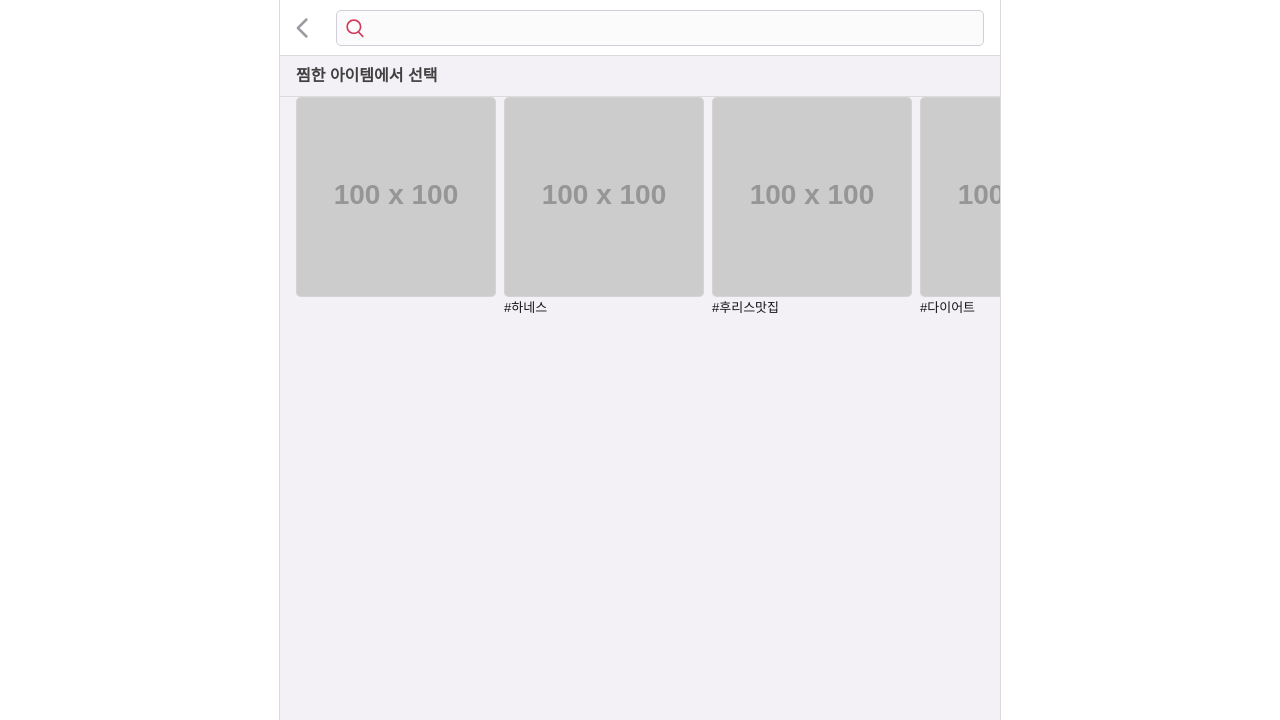
Repository: gosun1018/denguru
Page: search_review_item.html
The author's editor kept a copy of each file at every save. The page is drawn from the files as they stood at one save, then again after the next save.
The browser window is 1280 px wide. The pictures show the whole page.
Some web fonts or font styles are not loaded; a fallback is used. The style sheet was rebuilt from its Sass, Less or Tailwind sources for each picture, by a compiler version that may differ from the author's.

Above is the page before, as saved 2020-04-06 11:14:04.

### search_review_item.html
<!DOCTYPE html>
<html lang="ko">
<head>
    <meta charset="UTF-8">
    <meta name="viewport" content="width=device-width, initial-scale=1.0">
    <title>리뷰제품 선택</title>
    <link rel="stylesheet" href="https://unpkg.com/swiper/css/swiper.min.css">
    <link rel="stylesheet" href="css/main.css">
    <script src="https://unpkg.com/swiper/js/swiper.min.js"></script>
</head>
<body>
    <div class="wrap">
        <header class="header02">
            <h1 class="blind">리뷰제품 선택</h1>
            <a href="javascript:document.referrer? history.back() : location.href = 'home_review_write.html'" class="btn_goback"><img src="images/icon-goback.svg" alt="뒤로가기" class="icon"></a>
            <div class="h_search_box">
                <form action="">
                    <label for="inpSearch" class="lab_search"><img src="images/icon-search.svg" alt="검색" class="icon_search"></label>
                    <input type="search" name="inpSearch" class="inp_search" id="inpSearch">
                    <button type="button" class="btn_del btn_linkstyle blind" id="btnDel"><img src="images/icon-del.svg" alt="취소" class="icon"></button>
                </form>
            </div>
        </header>

        <div class="main">
            <div class="pd_header02"></div>
            <div class="search_review_item_container">
                <div class="title04">
                    <h2 class="tit">
                        찜한 아이템에서 선택
                    </h2>
                    <!-- <a href="home_review_item.html" class="btn btn_linkstyle">
                        <img src="images/icon-angle-right-gray.svg" alt="리뷰더보기" class="icon">
                    </a> -->
                </div>
                <div class="hash_list_container swiper-container">
                    <ul class="item_list04 swiper-wrapper">
                        <li class="item_box swiper-slide">
                            <a href="search_result.html">
                                <div class="item_thum"><img src="http://placehold.it/100x100" alt="#관절영양제" class="img"></div>
                                <!-- <div class="item_shop">리치독</div>
                                <div class="item_name">[에덴숑]Button sweat shirt (Bluegreen) : 버튼</div> -->
                            </a>
                        </li>
                        <li class="item_box swiper-slide">
                            <a href="search_result.html">
                                <div class="item_thum"><img src="http://placehold.it/100x100" alt="#하네스" class="img"></div>
                                <div class="hash">#하네스</div>
                            </a>
                        </li>
                        <li class="item_box swiper-slide">
                            <a href="search_result.html">
                                <div class="item_thum"><img src="http://placehold.it/100x100" alt="#후리스맛집" class="img"></div>
                                <div class="hash">#후리스맛집</div>
                            </a>
                        </li>
                        <li class="item_box swiper-slide">
                            <a href="search_result.html">
                                <div class="item_thum"><img src="http://placehold.it/100x100" alt="#관절영양제" class="img"></div>
                                <div class="hash">#다이어트</div>
                            </a>
                        </li>
                        <li class="item_box swiper-slide">
                            <a href="search_result.html">
                                <div class="item_thum"><img src="http://placehold.it/100x100" alt="#하네스" class="img"></div>
                                <div class="hash">#장난감</div>
                            </a>
                        </li>
                        <li class="item_box swiper-slide">
                            <a href="search_result.html">
                                <div class="item_thum"><img src="http://placehold.it/100x100" alt="#후리스맛집" class="img"></div>
                                <div class="hash">#패딩</div>
                            </a>
                        </li>
                    </ul>
                </div>
            </div>
        </div>
    </div>

    <script>

         var swiper = new Swiper('.hash_list_container', {
            slidesPerView: 'auto',
            spaceBetween: 0,
        });

    </script>
</body>
</html>

### css/scss/main.scss
@charset "utf-8";

//utils
@import "utils/variables";
@import "utils/mixins";
@import "utils/animations";

// base
@import "base/reset";
@import "base/layout";
@import "base/typography";

//modules
@import "modules/swipercustom";
@import "modules/form";
@import "modules/button";
@import "modules/popup";
@import "modules/popover";
@import "modules/toast";
@import "modules/pagination";

//component
@import "component/header";
@import "component/navigation";
@import "component/itemlist";
@import "component/reviewlist";
@import "component/taglist";
@import "component/postlist";
@import "component/postcontent";

//pages
@import "pages/mainpg";
@import "pages/search";
@import "pages/resister-pet";
@import "pages/review";
@import "pages/home-item-info";
@import "pages/gostore";
@import "pages/store";
@import "pages/password-mail-complete";
@import "pages/my-main";
@import "pages/my-notification";
@import "pages/members";
@import "pages/withdrawal";
@import "pages/order-history";
@import "pages/mycomplain";
@import "pages/category-special";
@import "pages/pick";
@import "pages/personal-info";

### css/scss/utils/_mixins.scss
@mixin clearfix {
    &:after {
        content: '';
        display: block;
        clear: both;
    }
}

@mixin position-center($position) {
    position: $position;
    top: 50%;
    left: 50%;
    transform: translate(-50%, -50%);
}

@mixin one-line-ellipsis {
    white-space: nowrap;
    text-overflow: ellipsis;
    overflow: hidden;
}

@mixin multi-line-ellipsis ($line-height, $lines) {
    overflow: hidden;
    text-overflow: ellipsis;
    display: -webkit-box;
    -webkit-line-clamp: $lines;
    -webkit-box-orient: vertical;
    word-wrap: break-word;
    line-height: $line-height;
    height: $line-height * $lines * 1em;
}

@mixin circle ($box-size) {
    width: $box-size;
    height: $box-size;
    border-radius: $box-size / 2;
}

@mixin blind {
    position: absolute;
    overflow: hidden;
    clip: rect(0 0 0 0);
    margin: -1px;
    width: 1px;
    height: 1px;
}

@mixin layout-frame {
    width: 100%;
    max-width: 720px;
    min-width: 320px;
}

@mixin thumnail {
    position: relative;
    overflow: hidden;

    .img {
        position: absolute;
        top: 0;
        left: 0;
        width: 100%;
        height: 100%;
        object-fit: cover;
    }
}

@mixin thumnail-border($radius) {
    position: relative;

    &:after {
        content: '';
        position: absolute;
        top: 0;
        left: 0;
        width: 100%;
        height: 100%;
        box-sizing: border-box;
        border: 1px solid rgba($gray-2, 0.5);
        border-radius: $radius;
    }
}

@mixin btn-color-full($color) {
    background-color: $color;
    border: 1px solid $color;
}

### css/scss/utils/_animations.scss
@keyframes width-0-to-100 {
    from {
        width: 0;
    }

    to {
        width: 100%;
    }
}

### css/scss/base/_reset.scss
/* http://meyerweb.com/eric/tools/css/reset/
   v2.0 | 20110126
   License: none (public domain)
*/

html, body, div, span, applet, object, iframe, h1, h2, h3, h4, h5, h6, p, blockquote, pre, a, abbr, acronym, address, big, cite, code, del, dfn, em, img, ins, kbd, q, s, samp, small, strike, strong, sub, sup, tt, var, b, u, i, center, dl, dt, dd, ol, ul, li, fieldset, form, label, legend, table, caption, tbody, tfoot, thead, tr, th, td, article, aside, canvas, details, embed, figure, figcaption, footer, header, hgroup, menu, nav, output, ruby, section, summary, time, mark, audio, video {
    margin: 0;
    padding: 0;
    border: 0;
    font-size: 100%;
    font: inherit;
    vertical-align: baseline; }

  /* HTML5 display-role reset for older browsers */

  article, aside, details, figcaption, figure, footer, header, hgroup, menu, nav, section {
    display: block; }

  body {
    line-height: 1; }

  ol, ul {
    list-style: none; }

  blockquote, q {
    quotes: none; }

  blockquote {
    &:before, &:after {
      content: '';
      content: none; } }

  q {
    &:before, &:after {
      content: '';
      content: none; } }

  table {
    border-collapse: collapse;
    border-spacing: 0; }

  a {
    color: inherit;
    text-decoration: none;
  }
  :focus {
    outline-color: $main-color;
  }

### css/scss/modules/_swipercustom.scss
.swiper-pagination {

    .swiper-pagination-bullet {
        width: 8px;
        height: 8px;
    }
}
.swiper-container-horizontal>.swiper-pagination-bullets .swiper-pagination-bullet {
    margin: 0 $layout-small-padding;
}

.pagination_main {
    .swiper-pagination-bullet {
        background-color: #b8b3c3;
        opacity: 1;
    }
    .swiper-pagination-bullet-active {
        background-color: $main-color;
    }
}
.pagination_white {
    .swiper-pagination-bullet {
        background-color: #b8b3c3;
        opacity: 1;
    }
    .swiper-pagination-bullet-active {
        background-color: $gray-0;
    }
}
.swiper-pagination {font-size: 0;}

.items_wrap.swiper-container {
    padding: 0 $layout-base-padding 10px;
}

### css/scss/modules/_popover.scss
.popover_container {
    position: relative;
}
.popover {
    display: none;
    position: absolute;
    padding: 8px;
    border-radius: $base-border-radius;
    word-break: keep-all;
    font-size: $base-font-size;
    line-height: $base-line-height;
    box-shadow: 0 1px 4px rgba(0,0,0,0.15);

    &:before {
        content: '';
        position: absolute;
        display: block;
        width: 12px;
        height: 12px;
        // border: 5px solid transparent;
        background-repeat: no-repeat;
        background-size: contain;
        background-position: center bottom;
    }
    &.show {
        display: block;
    }
}
.popover_main {
    background-color: #ebe3ff;
    color: $base-font-color;
    border: 1px solid #cac2de;

    &.popover_right_top:before {
        background-image: url(/images/popover-triangle-main.png);
    }
}
.popover_right_top{
    top: calc(100% + 6px);
    right: -5px;

    &:before {
        top: -12px;
        right: 5px;
    }
}

### css/scss/modules/_toast.scss
.toast_box {
    position: fixed;
    bottom: $gnb-bottom-height;
    left: $layout-base-padding;
    right: $layout-base-padding;
    display: flex;
    justify-content: center;
    align-items: center;
    padding: $layout-small-padding;
    min-height: 48px;
    box-sizing: border-box;
    background-color: rgba(0,0,0,0.85);
    color: #fff;
    font-size: $base-font-size;
    line-height: $base-line-height;
    text-align: center;
    word-break: keep-all;
    border-radius: $large-border-radius;
    overflow: hidden;
    visibility: hidden;
    opacity: 0;
    transition: opacity .5s, visibility .5s, transform .5s;
    z-index: 900;

    &.show {
        opacity: 1;
        visibility: visible;
        transform: translate(0, $layout-small-padding*-1);
    }
}

### css/scss/modules/_pagination.scss
.pagination01 {
    display: flex;
    justify-content: center;

    .page {
        height: 24px;
        min-width: 24px;
        padding: 0 3px;
        box-sizing: border-box;
        border-radius: 12px;
        margin: 0 4px;
        text-align: center;
        font-size: $base-font-size;
        line-height: 24px;
        color: $light-font-color;

        &.active {
            background-color: $main-color;
            color: $gray-0;
            font-weight: 900;
        }
        &.disabled {
            opacity: .5;
        }
    }
    .page_link {
        display: block;
        width: 100%;
        height: 100%;

        .icon {
            padding-top: 3px;
            // height: 100%;
            object-fit: contain;
        }
    }
}

### css/scss/component/_taglist.scss
.tag_list01 {

    .tag_item {
        width: fit-content;
        float: left;

        .btn {
            margin: 0 4px;
        }
        &:first-child .btn {
            margin-left: $layout-base-padding;
        }
        &:last-child .btn {
            margin-right: $layout-base-padding;
        }

        &.active .btn {
            font-weight: bold;
            background-color: $secondary-color;
            border-color: $secondary-color;
        }
    }
}

### css/scss/component/_postlist.scss
.post_list_wrap {
    flex: 1;
    padding: $layout-small-padding 0 $layout-base-padding;
    background-color: $gray-0;

    .pagination01 {
        margin-top: $layout-base-padding * 2;
    }
}

.post_list01 {
    padding: 0 $layout-base-padding;

    .post_item {
        padding: $layout-base-padding 0;
        border-bottom: $light-border;
    }
    .post_date {
        margin-bottom: $layout-small-padding;
        font-size: $small-font-size;
        color: $light-font-color;
    }
    .post_title {
        font-size: $base-font-size;
        color: $bold-font-color;
        @include multi-line-ellipsis($base-line-height,2);
        height: auto;
        max-height: $base-line-height * 2em;

        .icon_new {
            height: 1em;
            vertical-align: middle;
        }
    }
}

### css/scss/pages/_gostore.scss
.h_load_bar_box {
    display: none;
    width: 100%;
    height: 4px;
    background-color: $bg-gray-color;
    overflow: hidden;

    &.show {
        display: block;
    }

    .h_load_bar {
        width: 0;
        height: 100%;
        background-color: $main-color;
        border-radius: 0 2px 2px 0;
        animation: ease-in-out 5s forwards width-0-to-100;
    }
}

.load_gostore_container {
    display: none;
    flex: 1;
    box-sizing: border-box;
    flex-direction: column;
    background-color: $gray-0;

    &.show {
        display: flex;
    }

    .load_img_container {
        display: flex;
        flex: 7;
        justify-content: center;
        align-items: center;
    }
    .load_img_box {
        width: 140px;
        margin: 0 auto 22px;
    }
    .load_txt_box {
        text-align: center;

        .txt01 {
            font-size: 20px;
            color: $base-font-color;
            font-weight: 900;
        }
        .txt02 {
            margin-top: $layout-small-padding;
            font-size: $large-font-size;
            color: $base-font-color;
        }
        .emph {
            color: $main-font-color;
        }
    }
    .load_notice_container {
        display: flex;
        justify-content: center;
        align-items: center;
        flex: 3;
        background-color: $gray-1;
        text-align: center;
        font-size: $small-font-size;
        line-height: $base-line-height;
        color: $light-font-color;
    }
}
.page_store {
    display: none;
    flex: 1;
    overflow-y: auto;
    overflow-x: hidden;

    &.show {
        display: block;
    }
}

### css/scss/pages/_password-mail-complete.scss
.mail_complete_container {
    height: 100vh;
    display: flex;
    flex-direction: column;
    justify-content: center;
    align-items: center;
    background-color: $gray-0;

    .img_motion_box {
        width: 140px;
        margin: 0 auto;

        .img {
            width: 100%;
        }
    }
    .mail_complete_txt01 {
        margin-top: $layout-large-padding;
        text-align: center;
        font-size: 20px;
        line-height: $narrow-line-height;
        font-weight: 900;

        .emph {
            color: #8054ea;
        }
    }
    .mail_complete_txt02 {
        margin-top: 12px;
        text-align: center;
        font-size: $base-font-size;
        line-height: $base-line-height;
        color: $base-font-color;
    }
    .btn_box {
        margin-top: 60px;
        justify-content: center;
    }
    .btn_mail_success {
        width: 90px;
        height: 40px;
        font-size: $large-font-size;
        line-height: 40px;
    }
}

### css/scss/pages/_my-notification.scss
.notification_list_container {
    background-color: $gray-0;

    .notification_box {
        position: relative;
        padding: $layout-large-padding $layout-base-padding;

        &:not(:first-child):before {
            content: '';
            display: block;
            position: absolute;
            top: 0;
            left: $layout-base-padding;
            right: $layout-base-padding;
            height: 1px;
            background-color: $gray-1;
        }
    }
    .notification_new {
        background-color: $bg-gray-color;
    }
    .notification_link {
        display: flex;
    }
    .icon_box {
        flex-shrink: 0;
        width: 24px;
        height: 24px;
        margin-right: $layout-base-padding;
    }
    .notification_content {
        flex: 1;
    }
    .notification_title {
        font-size: $base-font-size;
        color: $bold-font-color;
        line-height: $base-line-height;
    }
    .notification_date {
        margin-top: 4px;
        font-size: $small-font-size;
        color: $light-font-color;
    }
    .notification_img {
        margin-top: $layout-base-padding;
    }
}

### css/scss/pages/_withdrawal.scss
.withdrawal_title_container {
    padding: $layout-base-padding*2 $layout-base-padding;
    background-color: $gray-0;

    .img_box {
        height: 64px;

        .img {
            height: 100%;
            object-fit: contain;
        }
    }
    .withdrawal_title {
        margin-top: $layout-base-padding;
        font-size: $title-font-size;
        font-weight: bold;
        color: $bold-font-color;
    }
}
.withdrawal_info_container {
    padding: $layout-large-padding 0;

    .withdrawal_item_num {
        font-weight: bold;
        color: $main-font-color;
    }
    .title07 {
        margin: 0 $layout-base-padding;
    }
}
.withdrawal_item_box {
    margin-bottom: $layout-large-padding;

    .withdrawal_item_list_container {
        margin-top: $layout-small-padding;
    }
    .thumb_box {
        width: 56px;
        height: 56px;
        overflow: hidden;
        border-radius: $base-border-radius;
        @include thumnail;
    }
    .withdrawal_item_bnr {
        margin: $layout-base-padding $layout-base-padding 0;
    }
}
.withdrawal_notice_box {
    padding: 0 $layout-base-padding;

    .withdrawal_notice {
        margin-top: $layout-small-padding;
        font-size: $small-font-size;
        color: $base-font-color;
        line-height: $base-line-height;
    }
}
.withdrawal_btn_container {
    flex: 1;
    padding: $layout-large-padding $layout-base-padding;
    background-color: $gray-0;

    .btn_box {
        margin-top: $layout-large-padding;
    }
}

### css/scss/pages/_category-special.scss
.category_wrap {
    background-color: $gray-0;

    .title08 {
        padding: $layout-large-padding $layout-base-padding 0;
    }
}

.special_wrap {
    margin-top: $layout-small-padding;
    padding-bottom: $layout-large-padding;
    flex: 1;
    background-color: $gray-0;

    .title08 {
        padding: $layout-large-padding $layout-base-padding 0;
    }
    .store_list_hash {
        padding-bottom: 0;
    }
    .banner_list {
        padding: 0 $layout-base-padding;
    }
    .banner_box{
        border-radius: $base-border-radius;
        overflow: hidden;

        &:not(:last-child) {
            margin-bottom: $layout-base-padding;
        }
    }
}
.special_item_list_container {

    .title09 {
        padding: 0 $layout-base-padding;
        margin-bottom: $layout-base-padding;
    }
}
.event_post_content_wrap {
    padding-top: $layout-large-padding;
    background-color: $gray-0;

    .title06 {
        margin: 0 $layout-base-padding $layout-base-padding;
    }
}

### css/scss/pages/_pick.scss
.pick_title_box {
    display: flex;
    align-items: center;
    padding: $layout-large-padding $layout-base-padding;
    background-color: $gray-0;

    .pick_title_btn_box {
        font-size: 0;
    }
    .btn_pick {
        display: inline-block;
        width: 20px;
        height: 20px;
        margin-left: $layout-base-padding;
        font-size: 10px;

    }
}
.pick_items_wrap {
    flex: 1;
    background-color: $gray-0;

    .title07 {
        margin: 0 $layout-base-padding $layout-base-padding;
    }
    .emph_color_main {
        font-size: $mid-font-size;
        font-weight: bold;
    }
    .items_wrap {
        padding-bottom: $layout-large-padding;
    }
    .item_box {
        position: relative;
    }
    .store_box {
        .pick_num_item {
            flex-shrink: 0;
            min-width: 38px;
            margin-left: $layout-small-padding;
            font-size: $base-font-size;
            color: $main-font-color;
            text-align: right;
        }
        .icon {
            height: 20px;
            vertical-align: middle;
        }
    }
}
.pick_inp_check_box {
    position: absolute;
    top: 0;
    left: 0;
    width: 100%;
    height: 100%;
    border-radius: $base-border-radius;
    overflow: hidden;

    .lab_check {
        display: block;
        width: 100%;
        height: 100%;

        &:before {
            content: '';
            display: block;
            width: 20px;
            height: 20px;
            box-sizing: border-box;
            border: 1px solid #fff;
            border-radius: 10px;
            position: absolute;
            top: 4px;
            left: 4px;
            background-image: url(/images/icon-checkbox-circle.svg);
            background-repeat: no-repeat;
            background-size: contain;
        }
    }
    .inp_check:checked + .lab_check {
        background-color: rgba($main-color,0.2);

        &:before {
            background-image: url(/images/icon-checkbox-circle-checked.svg);
        }
    }
}

### css/scss/pages/_personal-info.scss
.recommand_password_container {
    flex: 1;
    display: flex;
    flex-direction: column;
    justify-content: center;
    // align-items: center;
    background-color: $gray-0;
    padding: 48px 0;
}
.recommand_password_title_box {
    margin-bottom: $layout-large-padding;
    font-size: $title-font-size;
    font-weight: bold;
    color: $bold-font-color;
    line-height: $narrow-line-height;
}
.recommand_password_img_box {
    margin: 0 auto $layout-base-padding;
    height: 96px;
    text-align: center;

    .img {
        height: 100%;
    }
}
.recommand_password_txt_box {
    padding: 0 $layout-base-padding;
    margin-bottom: $layout-large-padding;
    font-size: $base-font-size;
    color: $base-font-color;
    line-height: $base-line-height;
}
.change_password_form_container {
    padding: 0 $layout-base-padding*2;

    .btn {
        font-size: $base-font-size;
        height: 40px;
        line-height: 38px;
    }
    .inp_box04 {
        margin-bottom: $layout-base-padding;
    }
    .inp_txt::placeholder {
        font-size: 12px;
    }
    @media screen and (max-width: 359px) {
        padding: 0 $layout-base-padding;
    }
}

Loaded but not shown: css/scss/component/_reviewlist.scss (493 lines, source omitted); css/scss/modules/_form.scss (459 lines, source omitted); css/scss/pages/_search.scss (451 lines, source omitted); css/scss/component/_header.scss (459 lines, source omitted); css/scss/pages/_review.scss (399 lines, source omitted); css/scss/component/_itemlist.scss (341 lines, source omitted); css/scss/pages/_my-main.scss (264 lines, source omitted); css/scss/pages/_store.scss (238 lines, source omitted); css/scss/modules/_popup.scss (241 lines, source omitted); css/scss/pages/_home-item-info.scss (180 lines, source omitted); css/scss/pages/_order-history.scss (188 lines, source omitted); css/scss/component/_navigation.scss (177 lines, source omitted); css/scss/pages/_members.scss (167 lines, source omitted); css/scss/pages/_resister-pet.scss (162 lines, source omitted); css/scss/modules/_button.scss (181 lines, source omitted); css/scss/component/_postcontent.scss (143 lines, source omitted); css/scss/pages/_mycomplain.scss (126 lines, source omitted); css/scss/pages/_mainpg.scss (130 lines, source omitted); css/scss/base/_typography.scss (112 lines, source omitted); css/scss/base/_layout.scss (118 lines, source omitted); css/scss/utils/_variables.scss (81 lines, source omitted)

After the next save:
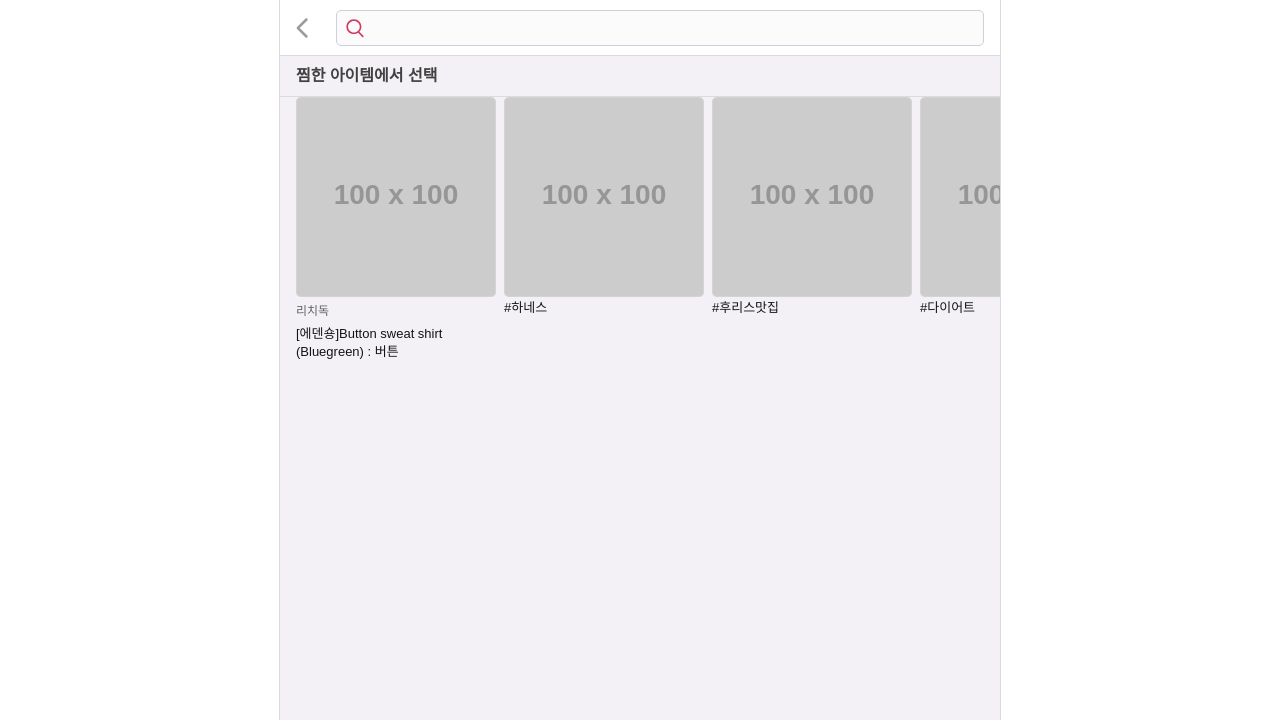
Saved 2 s later.
--- a/search_review_item.html
+++ b/search_review_item.html
@@ -38,8 +38,8 @@
                         <li class="item_box swiper-slide">
                             <a href="search_result.html">
                                 <div class="item_thum"><img src="http://placehold.it/100x100" alt="#관절영양제" class="img"></div>
-                                <!-- <div class="item_shop">리치독</div>
-                                <div class="item_name">[에덴숑]Button sweat shirt (Bluegreen) : 버튼</div> -->
+                                <div class="item_shop">리치독</div>
+                                <div class="item_name">[에덴숑]Button sweat shirt (Bluegreen) : 버튼</div>
                             </a>
                         </li>
                         <li class="item_box swiper-slide">
